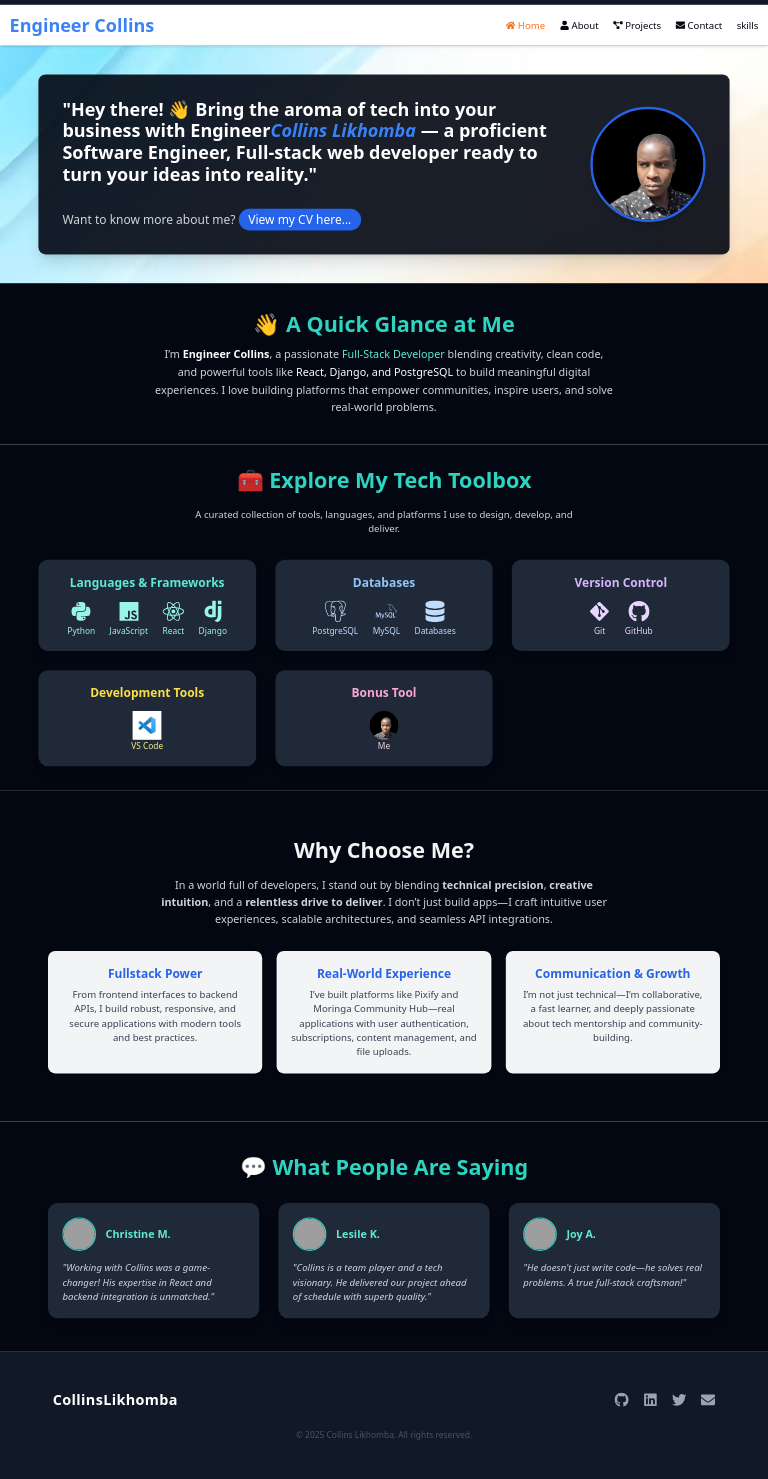
Repository: Engineer-collo/Portfolio
Page: /
An editor plug-in stored every save of this project. The page is shown before and after the next save, followed by the edit.
The browser window is 1280 px wide. The pictures show the whole page, at 60% of full size.
Pictures or frames that could not be fetched are drawn as grey boxes. The project was rebuilt for these pictures with package versions that can differ from the ones it lists, and the page was loaded fresh each time. Also part of the build but not shown: vite.config.js, src/pages/About.jsx, src/pages/Projects.jsx, src/pages/Contact.jsx, src/pages/Blog.jsx, src/pages/Skills.jsx.

Above is the page before, as saved 2025-06-10 19:30:16.

After the next save:
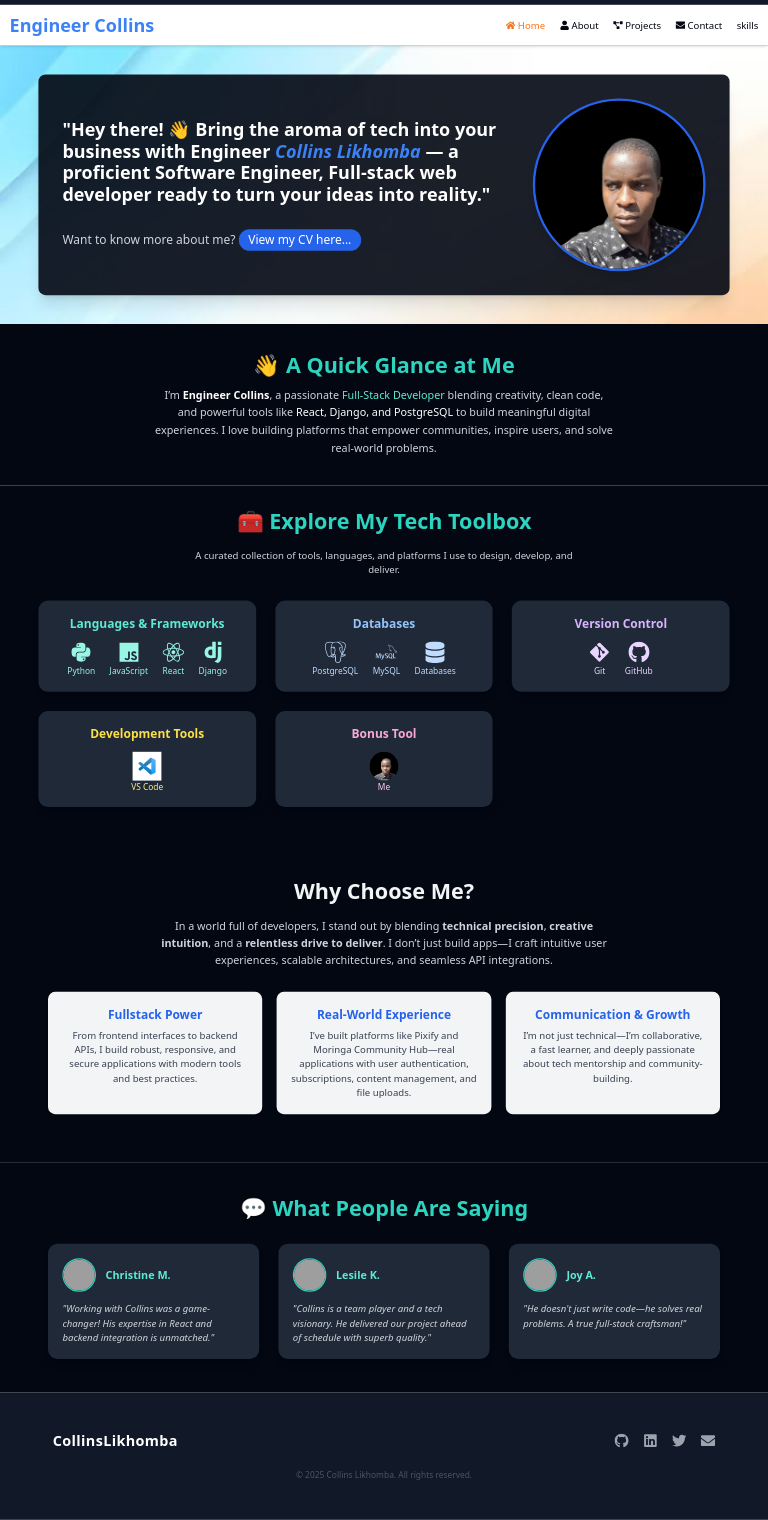
Saved 78 s later.
--- a/src/pages/HomePage.jsx
+++ b/src/pages/HomePage.jsx
@@ -1,10 +1,9 @@
 import React from 'react';
 import Navbar from '../components/Navbar';
 import Footer from './Footer';
-import TechStackToolbox from './TechStackToolbox'
+import TechStackToolbox from './TechStackToolbox';
 import Testimonials from './Testimonials';
 import AboutMeSummary from './AboutMeSummary';
-
 
 const HomePage = () => {
   return (
@@ -25,23 +24,18 @@ const HomePage = () => {
                         max-w-6xl w-full">
           {/* Text Side */}
           <div className="flex-1">
-            {/* <h2 className="text-4xl sm:text-5xl font-bold mb-4 text-white">
-              Hi, I'm <span className="text-blue-500">Collins Likhomba</span>. 👋
-            </h2>
-            <p className="text-lg sm:text-xl text-gray-300 mb-6">
-              A Fullstack Web Developer | React & Tailwind CSS Expert
-            </p> */}
-            <h1 className='text-white font-bold text-3xl'>
-            "Hey there! 👋 Bring the aroma of tech into your business with Engineer
-            <span><i className='text-blue-500'>Collins Likhomba</i></span> — a proficient Software Engineer, Full-stack web developer ready to turn your ideas into reality."
-
-
+            <h1 className="text-white font-bold text-3xl">
+              "Hey there! 👋 Bring the aroma of tech into your business with Engineer{" "}
+              <span>
+                <i className="text-blue-500">Collins Likhomba</i>
+              </span>{" "}
+              — a proficient Software Engineer, Full-stack web developer ready to turn your ideas into reality."
             </h1>
-            <p className="text-xl pt-6  text-gray-300">
+            <p className="text-xl pt-6 text-gray-300">
               Want to know more about me?&nbsp;
               <a
                 href="https://my-cv-henna-beta.vercel.app/"
-                className=" mt-4 inline-block bg-blue-600 text-white px-4 py-1 rounded-full hover:bg-blue-700 transition"
+                className="mt-4 inline-block bg-blue-600 text-white px-4 py-1 rounded-full hover:bg-blue-700 transition"
                 target="_blank"
                 rel="noopener noreferrer"
               >
@@ -51,12 +45,11 @@ const HomePage = () => {
           </div>
 
           {/* Image Side */}
-          <div className="flex-shrink-0 w-36 h-36 sm:w-48 sm:h-48 rounded-full border-4 border-blue-600 shadow-lg overflow-hidden">
+          <div className="flex-shrink-0 w-52 h-52 sm:w-72 sm:h-72 rounded-full border-4 border-blue-600 shadow-lg overflow-hidden">
             <img
               src="/picture.png"
               alt="Profile"
-
-              className="w-full h-full object-cover  w-full max-w-2xl h-auto"
+              className="w-full h-full object-cover"
             />
           </div>
         </div>
@@ -69,8 +62,9 @@ const HomePage = () => {
       <section className="bg-gray-950 py-20 px-6 md:px-20 text-center">
         <h2 className="text-4xl font-bold text-gray-100 mb-6">Why Choose Me?</h2>
         <p className="max-w-3xl mx-auto text-gray-300 text-lg mb-10">
-          In a world full of developers, I stand out by blending <strong>technical precision</strong>,{" "}
-          <strong>creative intuition</strong>, and a <strong>relentless drive to deliver</strong>. I don’t just build apps—I craft{" "}
+          In a world full of developers, I stand out by blending{" "}
+          <strong>technical precision</strong>, <strong>creative intuition</strong>, and a{" "}
+          <strong>relentless drive to deliver</strong>. I don’t just build apps—I craft{" "}
           intuitive user experiences, scalable architectures, and seamless API integrations.
         </p>
         <div className="grid md:grid-cols-3 gap-6 max-w-6xl mx-auto">
